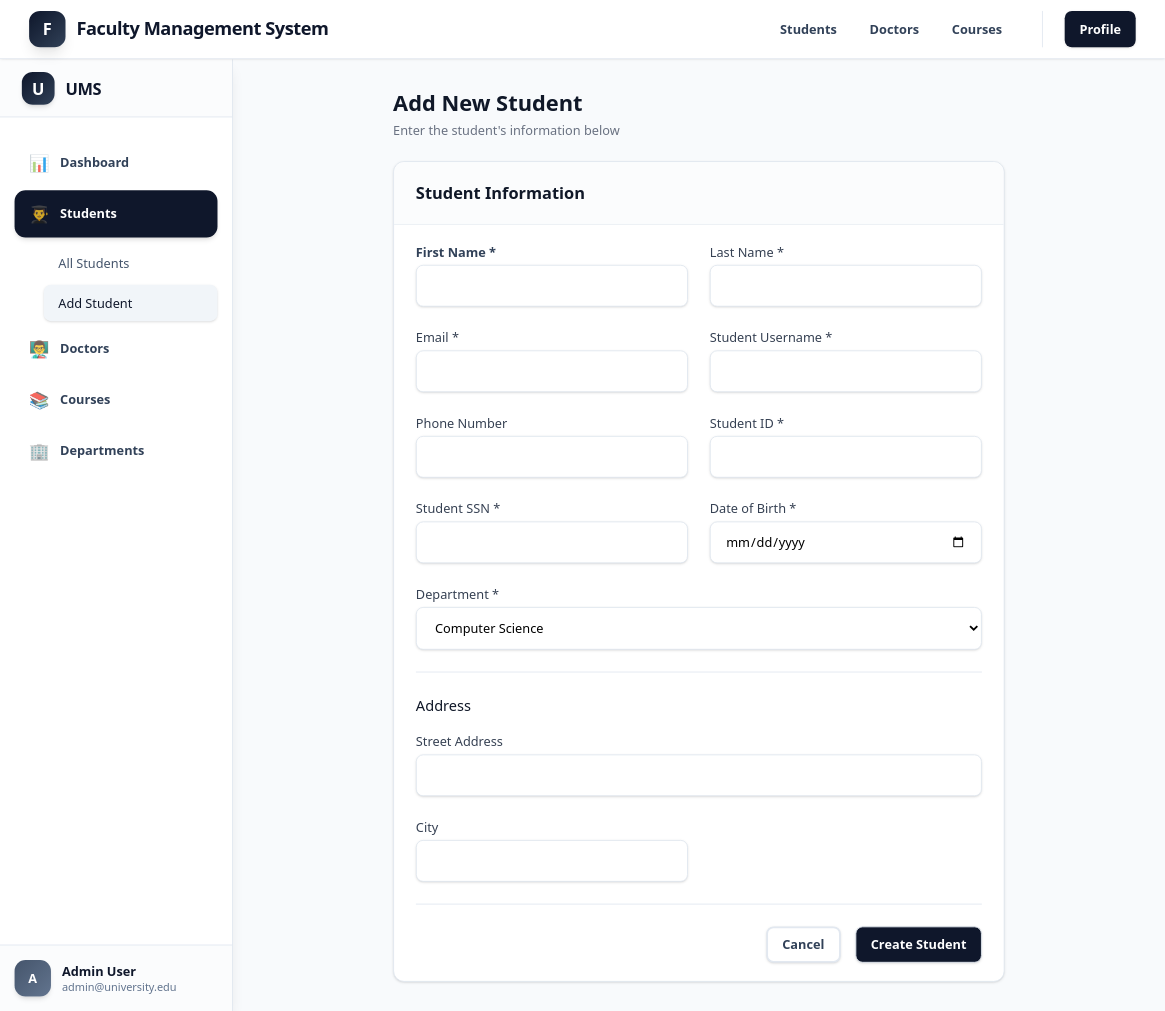
Repository: Mohamedmohsen179/Advanced-DB-Task
Page: /students/new (app in frontend/)
An editor plug-in stored every save of this project. The page is shown before and after the next save, followed by the edit.
The browser window is 1280 px wide. The pictures show the whole page, at 91% of full size.
The project was rebuilt for these pictures with package versions that can differ from the ones it lists, and the page was loaded fresh each time. The framework's server and built-in components were replaced by stand-ins that run in the browser. Settings that the repository does not hold, such as keys and server addresses, were given made-up values. Also part of the build but not shown: frontend/next.config.ts.

Above is the page before, as saved 2025-11-28 19:40:35.

After the next save:
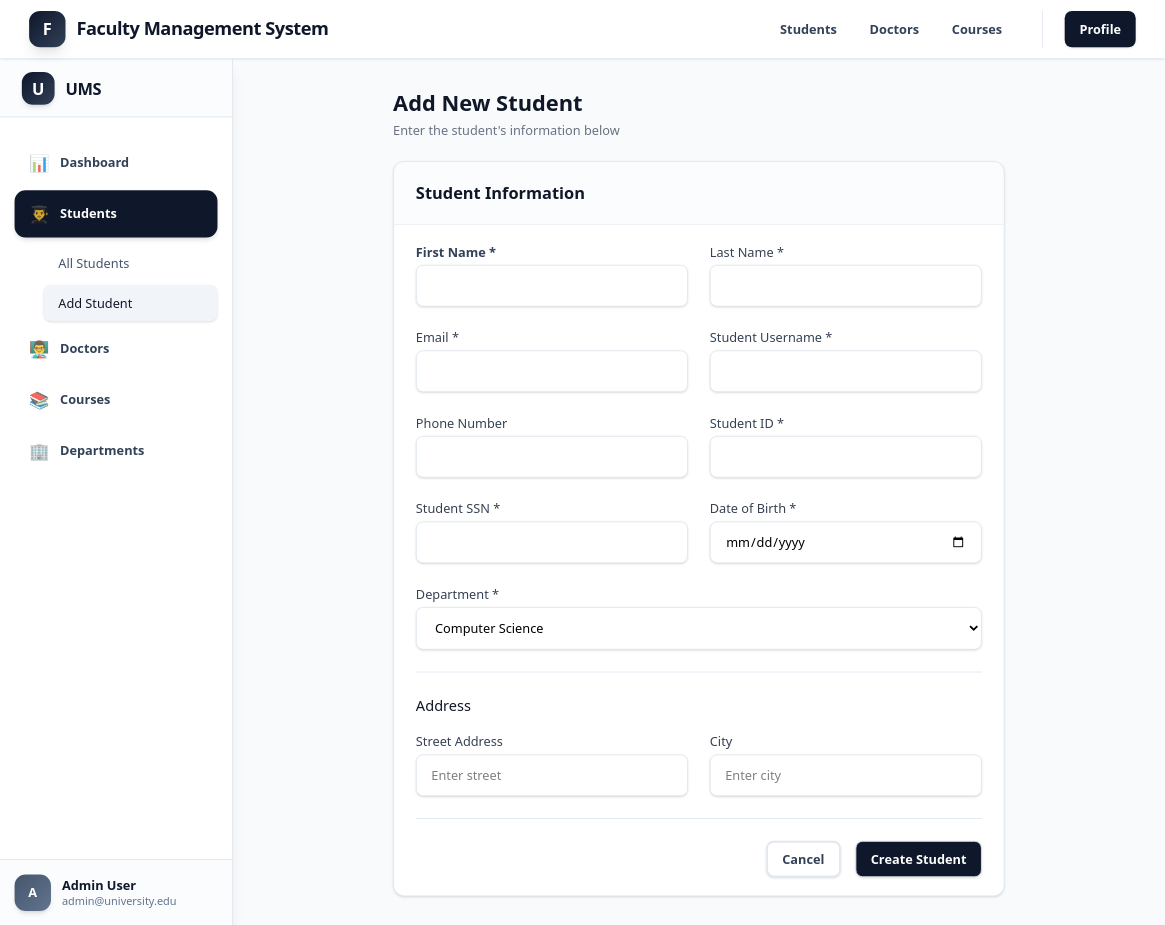
Saved 4 min 23 s later.
--- a/frontend/app/students/new/page.tsx
+++ b/frontend/app/students/new/page.tsx
@@ -250,37 +250,52 @@ export default function NewStudentPage() {
 
             <div className="border-t border-gray-200 pt-6">
               <h3 className="text-md font-medium text-gray-900 mb-4">Address</h3>
+
               <div className="grid grid-cols-1 md:grid-cols-2 gap-6">
-                <div className="md:col-span-2">
-                  <label htmlFor="address.street" className="block text-sm font-medium text-gray-700">
+                {/* Street Address */}
+                <div>
+                  <label
+                    htmlFor="address.street"
+                    className="block text-sm font-medium text-gray-700"
+                  >
                     Street Address
                   </label>
                   <input
                     type="text"
                     id="address.street"
                     name="address.street"
-                    value={formData.address?.street || ''}
+                    value={formData.address?.street || ""}
                     onChange={handleInputChange}
-                    className="text-black mt-1  w-full border border-slate-300 rounded-lg px- py-3 text-sm focus:outline-none focus:ring-2 focus:ring-slate-500 focus:border-slate-500 transition-all duration-200 bg-white shadow-sm"
+                    placeholder="Enter street"
+                    className="text-black mt-1 block w-full border border-slate-300 rounded-lg px-4 py-3 text-sm
+        focus:outline-none focus:ring-2 focus:ring-slate-500 focus:border-slate-500
+        transition-all duration-200 bg-white shadow-sm"
                   />
                 </div>
 
+                {/* City */}
                 <div>
-                  <label htmlFor="address.city" className="block text-sm font-medium text-gray-700">
+                  <label
+                    htmlFor="address.city"
+                    className="block text-sm font-medium text-gray-700"
+                  >
                     City
                   </label>
                   <input
                     type="text"
                     id="address.city"
                     name="address.city"
-                    value={formData.address?.city || ''}
+                    value={formData.address?.city || ""}
                     onChange={handleInputChange}
-                    className="text-black mt-1 block w-full border border-slate-300 rounded-lg px-4 py-3 text-sm focus:outline-none focus:ring-2 focus:ring-slate-500 focus:border-slate-500 transition-all duration-200 bg-white shadow-sm"
+                    placeholder="Enter city"
+                    className="text-black mt-1 block w-full border border-slate-300 rounded-lg px-4 py-3 text-sm
+        focus:outline-none focus:ring-2 focus:ring-slate-500 focus:border-slate-500
+        transition-all duration-200 bg-white shadow-sm"
                   />
                 </div>
-
-              </div>
-            </div>
+              </div>
+            </div>
+
 
             <div className="flex justify-end space-x-4 pt-6 border-t border-gray-200">
               <Button
